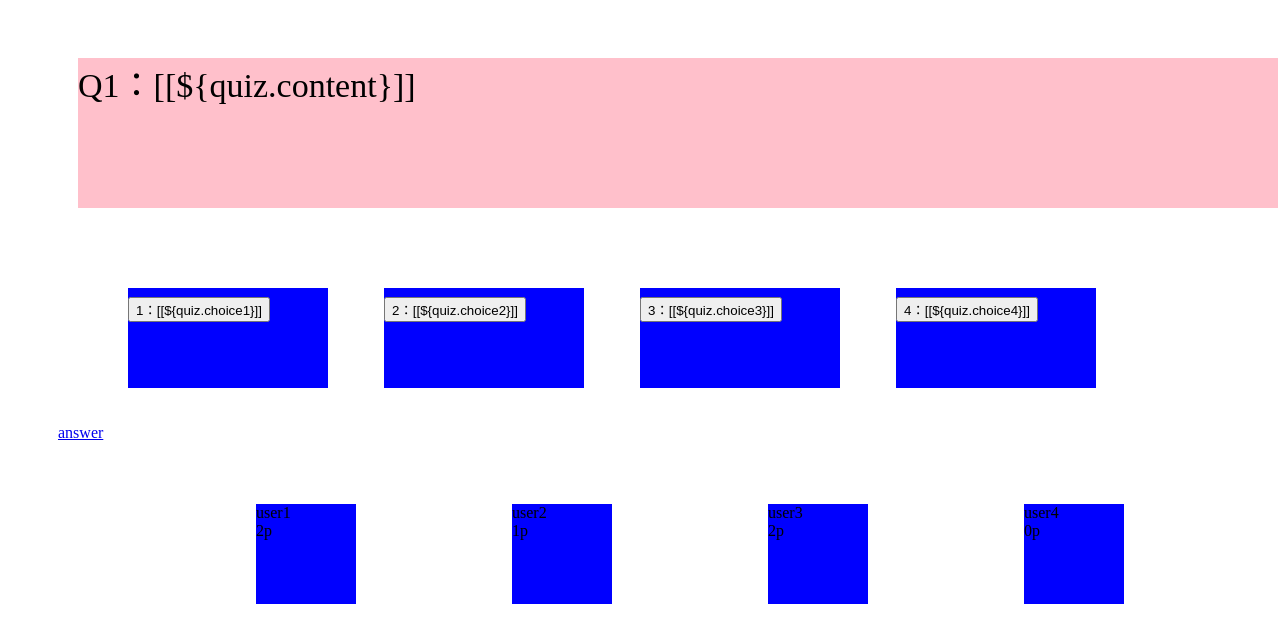
Repository: murakou1/QuizSazan15
Page: .log/QuizSazan15/src/main/resources/templates/quize.html
The author's editor kept a copy of each file at every save. The page is drawn from the files as they stood at one save, then again after the next save.
The browser window is 1280 px wide. The pictures show the whole page.

Above is the page before, as saved 2023-12-05 14:44:52.

After the next save:
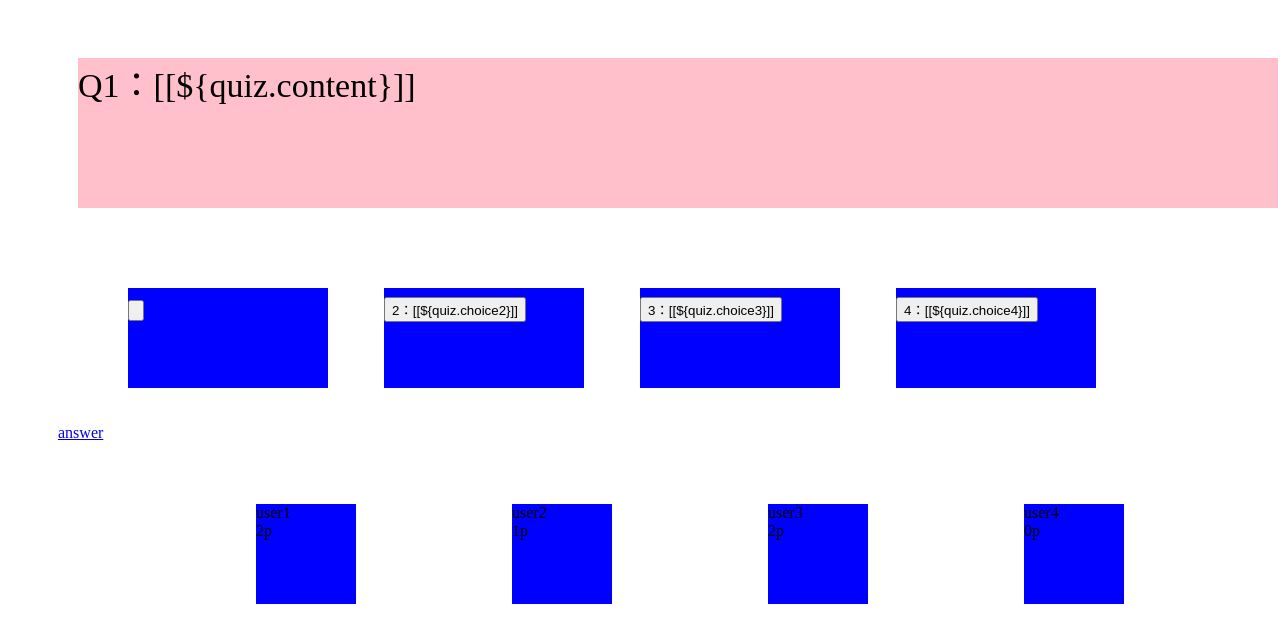
Saved 4 min 30 s later.
--- a/.log/QuizSazan15/src/main/resources/templates/quize.html
+++ b/.log/QuizSazan15/src/main/resources/templates/quize.html
@@ -114,7 +114,7 @@
   </div>
 
   <div class="choice1">
-    <input type="button" onclick="location.href='/answer'" value="1：[[${quiz.choice1}]]">
+    <input type="button" onclick="location.href='/answer'" v-bind-value="1：[[${quiz.choice1}]]">
   </div>
 
   <div class="choice2">

After the 2 saves that followed:
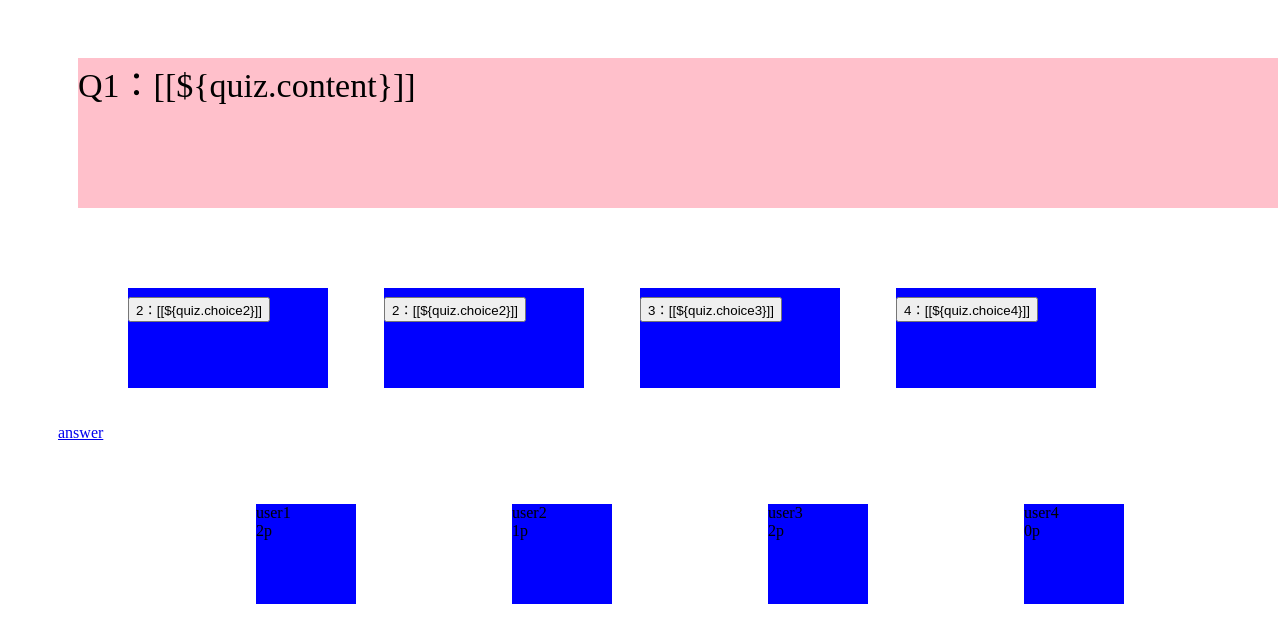
The 2 saves are shown as one change because 1 left the picture as it was.
The last was saved 2 min 24 s later.
--- a/.log/QuizSazan15/src/main/resources/templates/quize.html
+++ b/.log/QuizSazan15/src/main/resources/templates/quize.html
@@ -114,7 +114,7 @@
   </div>
 
   <div class="choice1">
-    <input type="button" onclick="location.href='/answer'" v-bind-value="1：[[${quiz.choice1}]]">
+    <button onclick="location.href='/answer'">2：[[${quiz.choice2}]]</button>
   </div>
 
   <div class="choice2">
